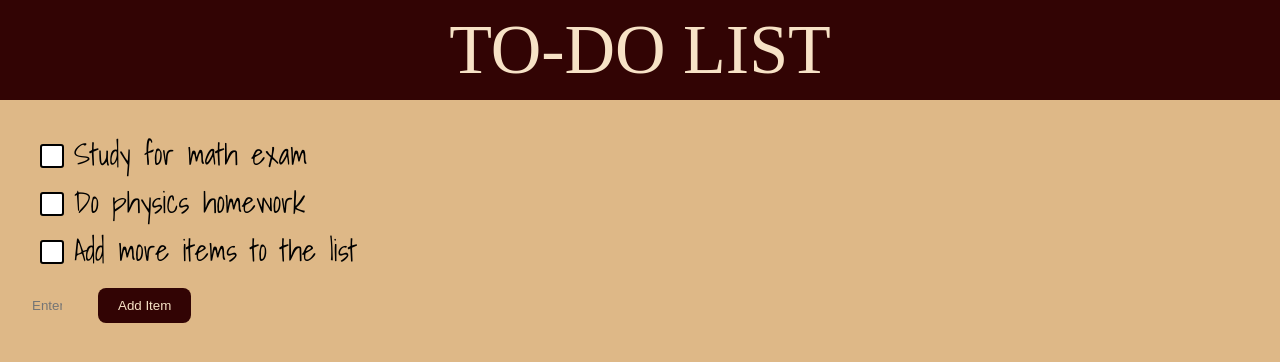
Repository: riya10483/pomodoro
Page: todo.html
The author's editor kept a copy of each file at every save. The page is drawn from the files as they stood at one save, then again after a run of saves.
The browser window is 1280 px wide. The pictures show the whole page.
Some web fonts or font styles are not loaded; a fallback is used.

Above is the page before, as saved 2024-09-28 22:12:14.
Console error: TypeError: Cannot set properties of null (setting 'innerHTML')

### todo.html
<!DOCTYPE html>
<html lang="en">
<head>
    <meta charset="UTF-8">
    <style>
        @import url('https://fonts.googleapis.com/css2?family=Rye&display=swap');
    </style>
    <style>
        @import url('https://fonts.googleapis.com/css2?family=Shadows+Into+Light&display=swap');
    </style>
    <style>
        @import url('https://fonts.googleapis.com/css2?family=Peralta&family=Rye&display=swap');
    </style>
    <meta name="viewport" content="width=device-width, initial-scale=1.0">
    <title>To Do List</title>
    <link rel="stylesheet" href="todo.css">
</head>
<body>
    <div id="header">TO-DO LIST</div>
    <ul id="checklist">
        <li><input type="checkbox" id="item1"><label for="item1">Study for math exam</label></li>
        <li><input type="checkbox" id="item2"><label for="item2">Do physics homework</label></li>
        <li><input type="checkbox" id="item3"><label for="item3">Add more items to the list</label></li>
    </ul>

    <input type="text" id="newItemText" placeholder="Enter new checklist item">
    <button onclick="addItem()">Add Item</button>

    <script src="functions.js"></script>
</body>
</html>

### todo.css
* {
    background-color:burlywood;
    border: 0px;
    margin: 0px;
}
#header {
    color:rgb(247, 226, 198);
    padding: 10px;
    background-color:rgb(50, 4, 4);
    text-align: center;
    font-family: Rye;
    font-size: 70px;
    border: 0px;
    margin: 0px 0px 30px;
}

li {
    font-size: 30px;
    font-family: "Shadows Into Light";
    list-style: none;
}

input {
    width: 30px;
    height: 30px;
    margin: 15px 30px;
}

/* Hide the default checkbox */
input[type="checkbox"] {
    display: none;
}

/* Create a custom checkbox appearance */
input[type="checkbox"] + label:before {
    content: '';
    display: inline-block;
    width: 20px;
    height: 20px;
    margin-right: 10px;
    border: 2px solid #000;
    border-radius: 3px;
    background-color: white;
    vertical-align: middle;
}

/* Change appearance when checkbox is checked */
input[type="checkbox"]:checked + label:before {
    background-color: rgb(50, 4, 4);
    border-color: rgb(50, 4, 4);
    content: '✓';
    color: rgb(247, 226, 198);
    text-align: center;
    font-size: 18px;
    line-height: 20px;
}

/* Strike-through on label text when checkbox is checked */
input[type="checkbox"]:checked + label {
    text-decoration: line-through;
    color: rgb(176, 141, 94);
}

input[type="text"] {
    background-color:
}

button {
    background-color: rgb(50, 4, 4);
    color: rgb(247, 226, 198);
    padding: 10px 20px;
    border-radius: 8px;
}

### functions.js

// setInterval(function () {
//     seconds -= 1
//     let timerElement = document.getElementById("timer")
//     timerElement.innerHTML = seconds

// }, 1000);

const startTiming = 25
let time = startTiming * 60

const count = document.getElementById("timer")

setInterval(updateTimer, 1000)
function updateTimer(){
    const minutes = Math.floor(time/60)
    let seconds = time % 60

    //condition ? do this : do that
    seconds  = seconds < 10 ?  '0' + seconds : seconds
    count.innerHTML = `${minutes}:${seconds}`
    time--
}

updateTimer()

let itemCount = 3;

function addItem() {
    const itemText = document.getElementById('newItemText').value;
    if (itemText.trim() !== "") {
        itemCount++;

        // Create a new list item
        const newListItem = document.createElement('li');

        // Create a new checkbox input
        const newCheckbox = document.createElement('input');
        newCheckbox.type = 'checkbox';
        newCheckbox.id = 'item' + itemCount;

        // Create a label for the checkbox
        const newLabel = document.createElement('label');
        newLabel.setAttribute('for', newCheckbox.id);
        newLabel.textContent = itemText;

        // Append checkbox and label to the list item
        newListItem.appendChild(newCheckbox);
        newListItem.appendChild(newLabel);

        // Append the new list item to the checklist
        document.getElementById('checklist').appendChild(newListItem);

        // Clear the input field after adding the item
        document.getElementById('newItemText').value = "";
    } else {
        alert("Please enter a valid item.");
    }
}

After the next 2 saves:
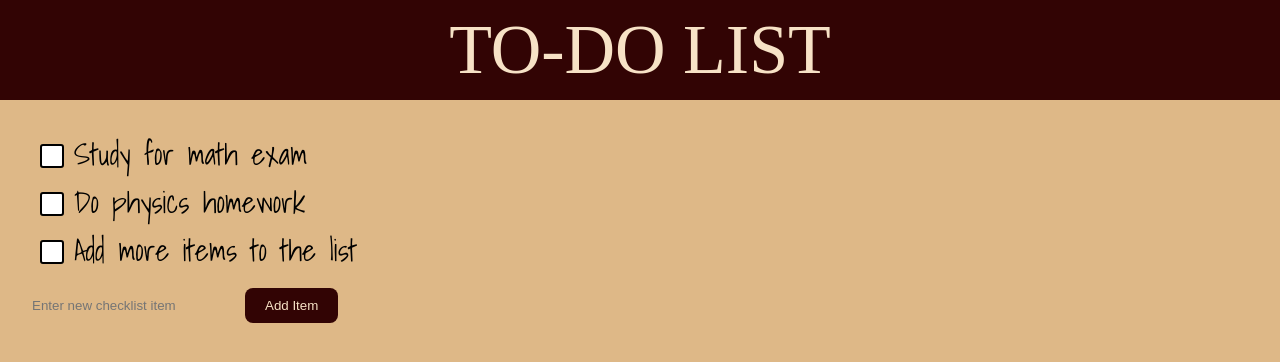
The 2 saves are shown as one change because they came seconds apart.
The last was saved 18 s later.
--- a/todo.css
+++ b/todo.css
@@ -62,7 +62,7 @@ input[type="checkbox"]:checked + label {
 }
 
 input[type="text"] {
-    background-color:
+    width: auto;
 }
 
 button {
